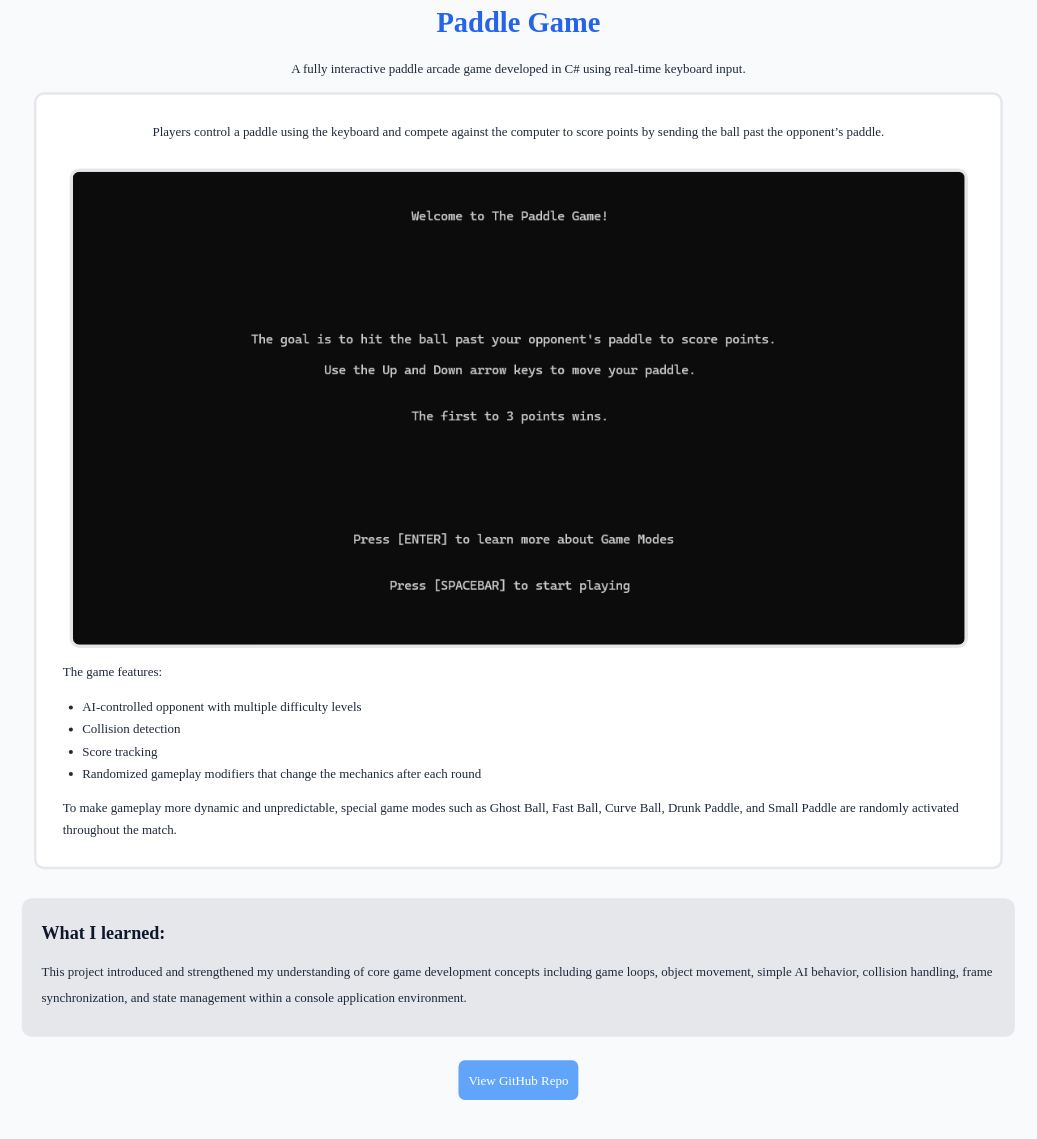
Repository: alison-cunningham/alison-cunningham
Page: pages/paddle-game.html
An editor plug-in stored every save of this project. The page is shown before and after the next save, followed by the edit.
The browser window is 1280 px wide. The pictures show the whole page, at 81% of full size.
Some web fonts or font styles are not loaded; a fallback is used.

Above is the page before, as saved 2026-05-12 20:28:02.

### pages/paddle-game.html
<!DOCTYPE html>
<html lang="en">
<head>
    <meta charset="UTF-8" />
    <title>Project - Paddle Game</title>
    <meta name="viewport" content="width=device-width, initial-scale=1.0">
    <link rel="stylesheet" href="../styles/globals.css"/>
    <link rel="stylesheet" href="../styles/pages.css">
</head>
<body>
    <header class="project-header">
        <h1>Paddle Game</h1>
        <p>
            A fully interactive paddle arcade game developed in C# using real-time keyboard input.
        </p>
    </header>

    <section class="project-description">
        <summary>
            Players control a paddle using the keyboard and compete against the computer to score points by sending the ball past the opponent’s paddle.
        </summary>

        <img src="../assets/images/paddle-game-screenshot-2.png" alt="Screenshot from Paddle Game gameplay">

        The game features:
        <ul>
            <li>AI-controlled opponent with multiple difficulty levels</li>
            <li>Collision detection</li>
            <li>Score tracking</li>
            <li>Randomized gameplay modifiers that change the mechanics after each round</li>
        </ul>


        To make gameplay more dynamic and unpredictable, special game modes such as Ghost Ball, Fast Ball, Curve Ball, Drunk Paddle, and Small Paddle are randomly activated throughout the match.
    </section>

    <section class="learned">

        <h3>What I learned:</h3>
        <p>This project introduced and strengthened my understanding of core game development concepts including game loops, object movement, simple AI behavior, collision handling, frame synchronization, and state management within a console application environment.</p>

    </section>

    <br>

    <a class="project-link"
        href="https://github.com/alison-cunningham/PaddleGame-2D-Collision-Simulation.git"
        target="_blank">
        View GitHub Repo
    </a>

</body>

</html>

### styles/globals.css
@font-face{
    font-family: 'Radio-Canada';
    src: url('../assets/fonts/Radio_Canada/RadioCanada-VariableFont_wdth\,wght.ttf')
}

*{
    box-sizing: border-box;
}

body{
    font-family: 'Radio-Canada';

    background-color: #f8fafc;
    color: #1e293b;

    line-height: 1.6;
    font-size: 1rem;

    margin: 0;
    overflow-x: hidden;
}


a{
    text-decoration: none;
    color: inherit;
}

h3{
    font-size: 1.4rem;
    margin-bottom: 1rem;
    color: #0f172a;
}

.page-header{

    font-size: 1.3rem;
    width: 100%;
    padding: 1rem 0;

    background-color: #ffffff;
    border-bottom: .2rem solid #e5e7eb85;

    display: flex;
    flex-direction: column;
    align-items: center;
    justify-content: center;
    text-align: center;


}

header h1{
    font-size: 3rem;
    margin: 0;
}

.nav-bar{
    display: flex;
    gap: 2rem;

    width: 100%;
    max-width: 100%;

    overflow-x: auto;

    padding: 0.5rem 1rem;
    margin: 0;

    font-size: 1.5rem;
}

.nav-bar::-webkit-scrollbar{
    height: 0.45rem;
}

.nav-bar::-webkit-scrollbar-track{
    background: #e5e7eb;
    border-radius: 999rem;
}

.nav-bar::-webkit-scrollbar-thumb{
    background: #34d399;
    border-radius: 999rem;
}

.hover-text{
    color: #60a5fa;
    position: relative;
}

.hover-text:hover{
    color: #34d399;
}

.hover-text::after{
    content:"";
    position: absolute;
    left: 0;
    bottom: -2px;

    width: 0%;
    height: 2px;
    background: #34d399;
    transition: width 0.6s ease;

}

.hover-text:hover::after {
    width: 100%;
}

### styles/pages.css
body{
    display: flex;
    flex-direction: column;
    align-items: center;

    margin: 0 auto;
    padding: 0 1.5rem;

}

.main-header{
    display: grid;
    text-align: center;

    font-size: 1.2rem;
}

.main-header h2{
    font-size: 3rem;

    margin-bottom: 0.5rem;

    color: #0f172a;
    letter-spacing: -0.05rem;
}

.main-header p{
    margin-top: 0;

    font-size: 1.2rem;
    color: #64748b;
}

.project-header{
    display: grid;
    justify-content: center;
    text-align: center;

}

.project-header h1{
    margin-bottom: 0;

    font-size: 2.2rem;

    color: #2563eb;
}

nav{
    width: 100%;
    margin: 1rem auto;
    padding: .75rem;

    background-color: #ffffff;
    border: .2rem solid #e5e7eb;
    border-radius: 1rem;

    display: flex;
    justify-content: center;
    gap: 1rem;
    flex-wrap: wrap;

}

nav a{

    color: #60a5fa;
    padding: .5rem .5rem;
    border-radius: .75rem;

    font-size: 1.1rem;

    transition:
        background-color 0.3s ease,
        color 0.3s ease,
        transform 0.3s ease;
}

nav a:hover{
    background-color: #34d399;
    color: white;
}

img{
    display: block;
    max-width: 100%;
    margin: 1rem auto;
    border: .3rem solid #e5e7eb;
    border-radius: .75rem;

    transition: transform 0.3s ease;
}

img:hover{
    transform: scale(1.09);
}

.project-description{
    max-width: 97%;

    margin: 0 auto 2rem;
    padding: 2rem;

    background-color: #ffffff;
    border: .2rem solid #e5e7eb;
    border-radius: .75rem;

    line-height: 1.7;
}

.project-description ul{
    margin-top: 1rem;
    margin-bottom: 1rem;
    padding-left: 1.5rem;
}

.project-link{
    display: block;
    width: fit-content;

    margin: 0 auto 3rem;
    padding: .75rem;

    background-color: #60a5fa;
    color: white;

    text-decoration: none;

    border-radius: .5rem;

    transition: background-color 0.3s ease;
    transition: transform 0.2s ease;
}

.project-link:hover{
    background-color: #34d399;
}

summary{
    text-align: center;
    margin-bottom: 2rem;
}

.learned{
    line-height: 2rem;
    background-color: #e5e7eb;
    padding: 0.3rem 1.5rem 1rem;
    margin: 0.2rem;
    border-radius: 0.75rem;
}

.payroll-breakdown{
    line-height: 1.4rem;
}

iframe{
    width: 100%;
    min-height: 80vh;
    border: 0;
}

After the next save:
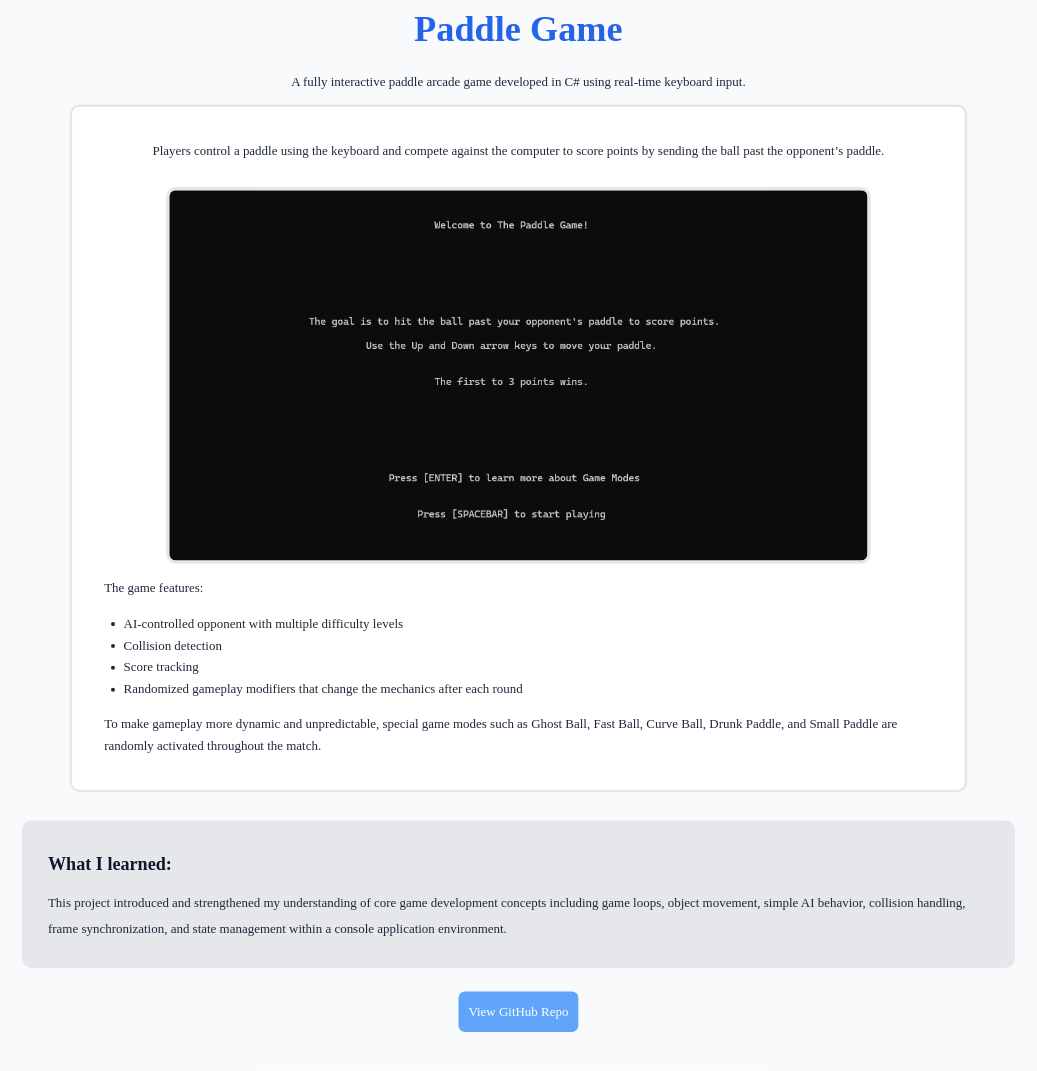
Saved 11 min 42 s later.
--- a/styles/pages.css
+++ b/styles/pages.css
@@ -158,3 +158,40 @@ iframe{
     min-height: 80vh;
     border: 0;
 }
+
+@media (min-width: 768px){
+    .main-header{
+        padding-top: 1rem;
+    }
+
+    .main-header h2{
+        font-size: 3.5rem;
+    }
+
+        nav{
+        gap: 1.5rem;
+        padding: 1rem;
+    }
+
+    nav a{
+        font-size: 1.2rem;
+        padding: 0.75rem 1rem;
+    }
+
+    .project-description{
+        max-width: 90%;
+        padding: 2.5rem;
+    }
+
+    img{
+        max-width: 85%;
+    }
+
+    .project-header h1{
+        font-size: 2.8rem;
+    }
+
+    .learned{
+        padding: 1rem 2rem;
+    }
+}
